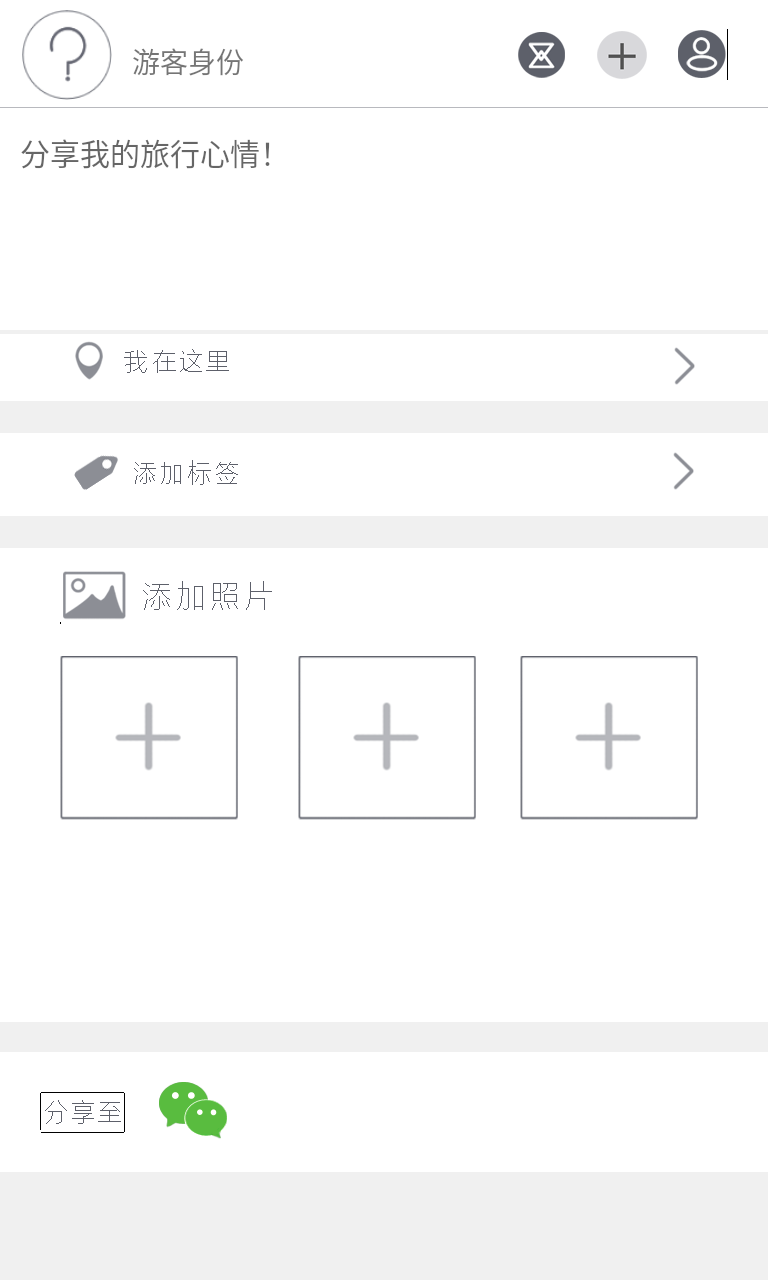
Repository: MinoyJet/Amoy
Layout: beta5/res/layout/sq_fatie.xml
An editor plug-in stored every save of this project. The layout is shown before and after the next save, followed by the edit.
It is drawn on a 768 x 1280 px phone screen (xhdpi) without system bars, with theme AppTheme; the app's code is not run.

Above is the layout before, as saved 2015-04-25 08:51:13.

After the next save:
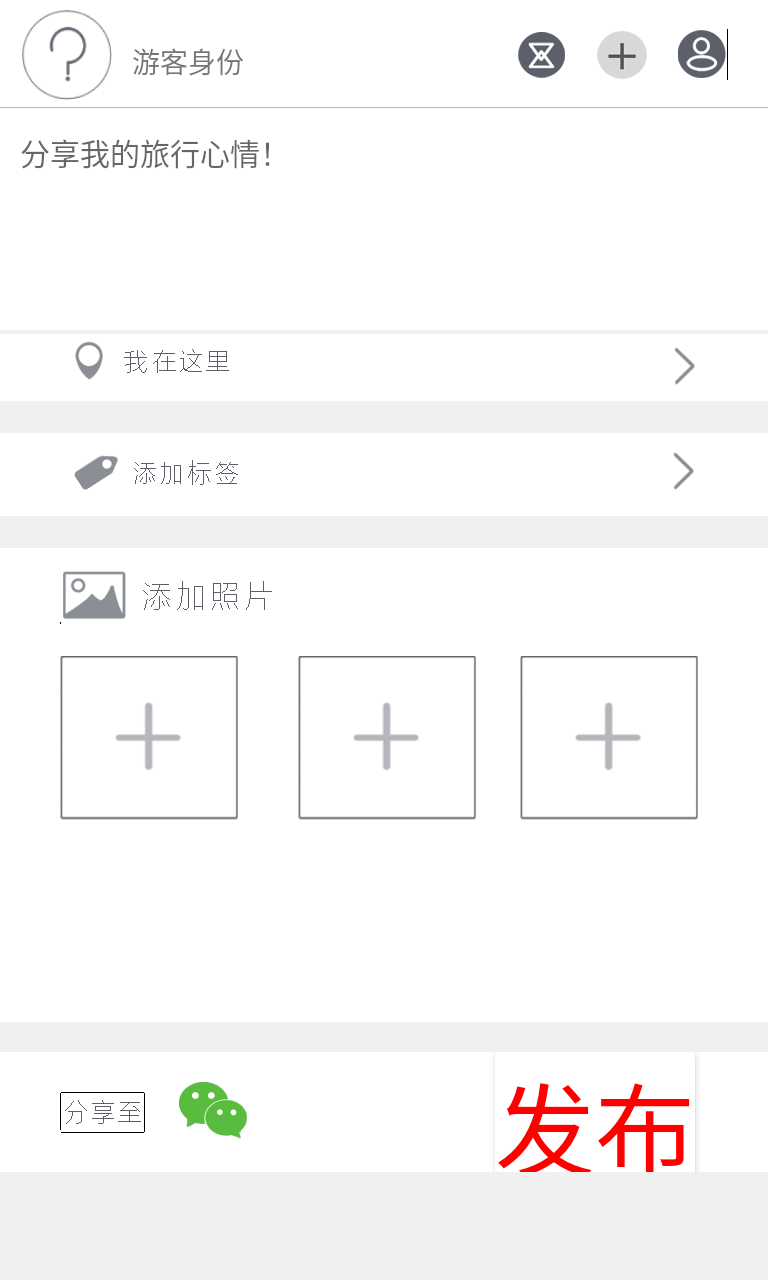
Saved 2 min 57 s later.
--- a/beta5/res/layout/sq_fatie.xml
+++ b/beta5/res/layout/sq_fatie.xml
@@ -158,7 +158,7 @@ android:layout_marginTop="10dp"            android:background="@drawable/tianjia
         <ImageView
             android:layout_width="wrap_content"
             android:layout_height="wrap_content"
-            android:layout_marginLeft="20dp"
+            android:layout_marginLeft="30dp"
             android:layout_marginTop="20dp"
 
             android:src="@drawable/fenxiangzhi" />
@@ -171,5 +171,15 @@ android:layout_marginTop="10dp"            android:background="@drawable/tianjia
             android:layout_marginLeft="10dp"
             android:background="@drawable/weixin"/>
 
+        <Button
+            android:id="@+id/button1"
+            android:layout_width="wrap_content"
+            android:layout_height="wrap_content"
+            android:textColor="#FF0000"
+            android:background="#FFFFFF"
+            android:textSize="50dp"
+            android:layout_marginLeft="120dp"
+            android:text="发布" />
+
     </LinearLayout>
 </LinearLayout>
